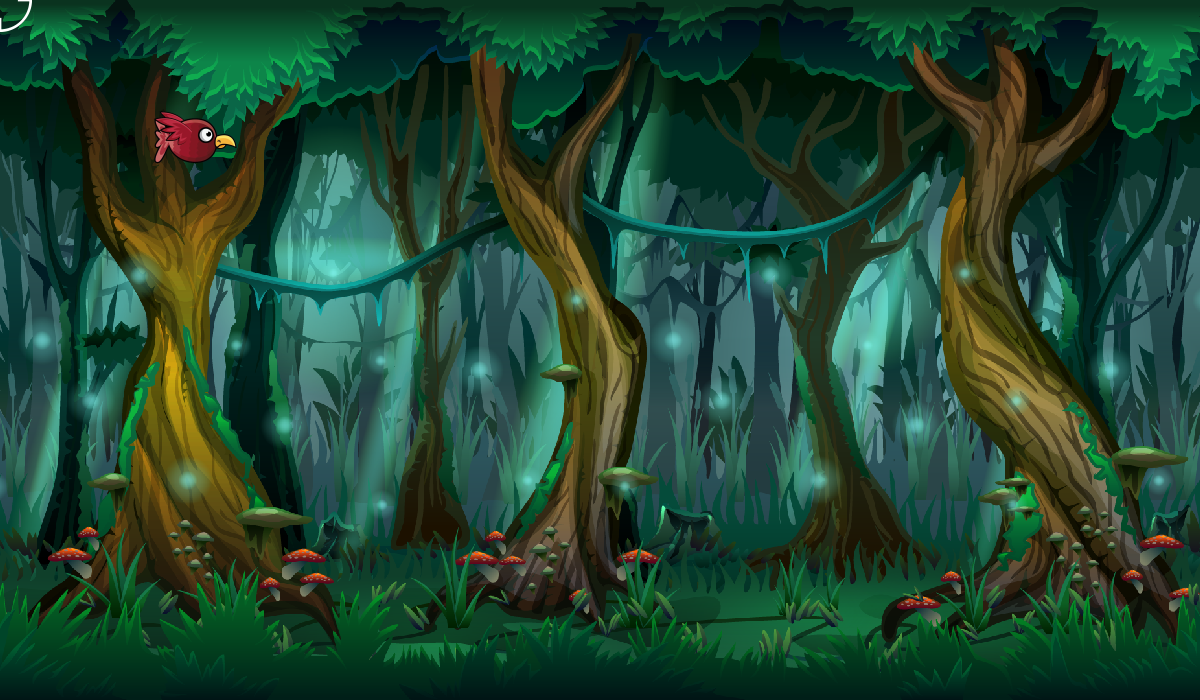
Repository: mys-pro/demo_shooting_bird_vision
Script's output: python main.py
An editor plug-in stored every save of this project. The script's output is shown before and after the next save, followed by the edit.
The window is shown after at most 60 frames with no key pressed. Random numbers start from a fixed seed. It also reads assets/images/backgrounds/Cartoon_Forest_BG_01.png, assets/images/backgrounds/Cartoon_Forest_BG_02.png, assets/images/backgrounds/Cartoon_Forest_BG_03.png, assets/images/backgrounds/Cartoon_Forest_BG_04.png, assets/images/birds/bird1/b-1.png, assets/images/birds/bird1/b-2.png, assets/images/birds/bird1/b-3.png, assets/images/birds/bird1/b-4.png, assets/images/icon.png, assets/images/viewfinder.png.

Above is the script's output before, as saved 2024-06-16 16:31:01.

After the next save:
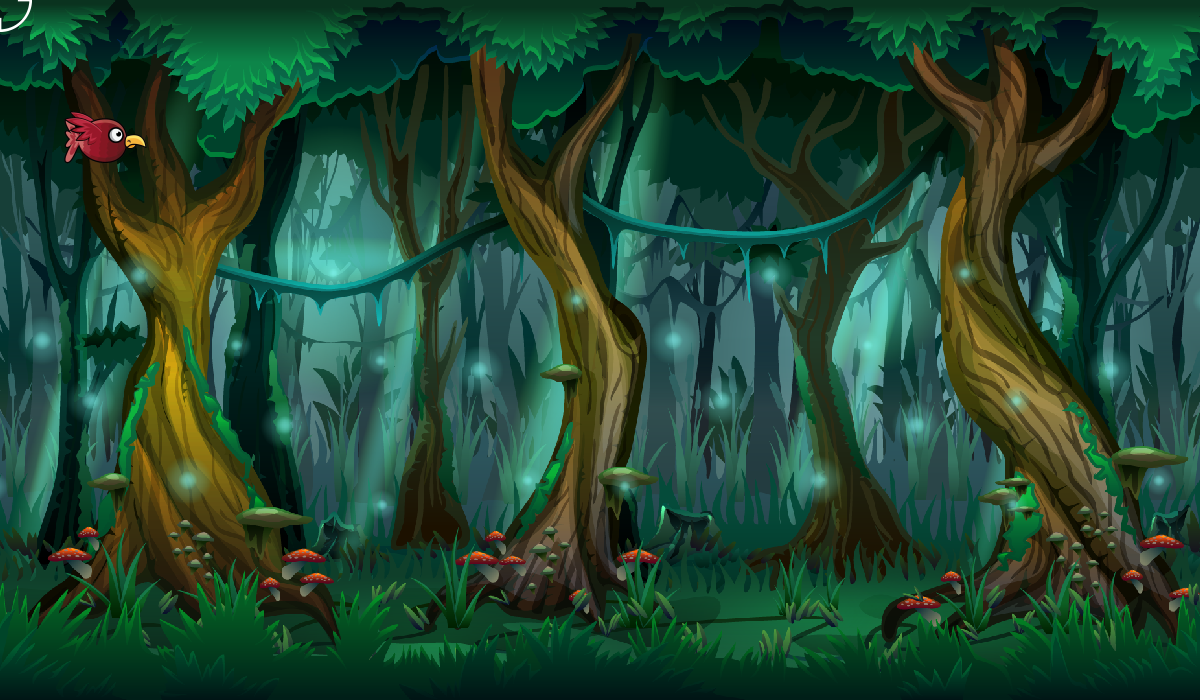
Saved 102 s later.
--- a/main.py
+++ b/main.py
@@ -44,7 +44,7 @@
         self.rect = self.image.get_rect()
         self.rect.x = x
         self.rect.y = y
-        self.velocity = 5  # Tốc độ mặc định
+        self.velocity = 2  # Tốc độ mặc định
         self.delay_count = 0
 
     def update(self):

After the save that followed:
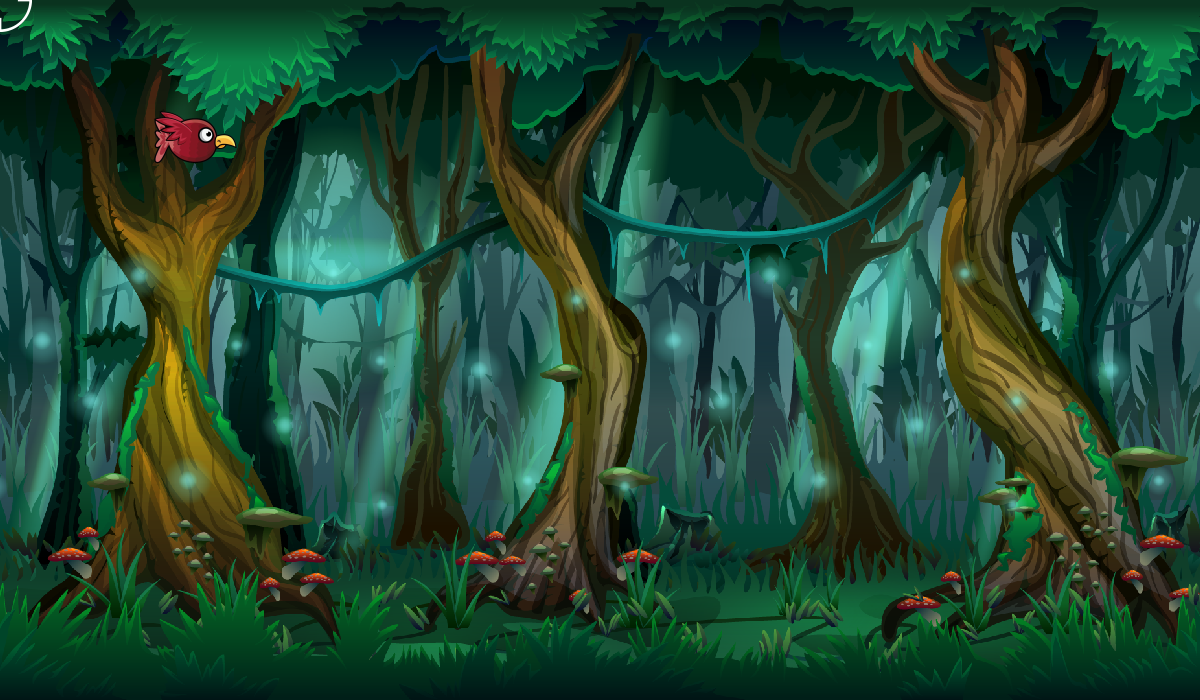
Saved 15 s later.
--- a/main.py
+++ b/main.py
@@ -44,7 +44,7 @@
         self.rect = self.image.get_rect()
         self.rect.x = x
         self.rect.y = y
-        self.velocity = 2  # Tốc độ mặc định
+        self.velocity = 5  # Tốc độ mặc định
         self.delay_count = 0
 
     def update(self):
